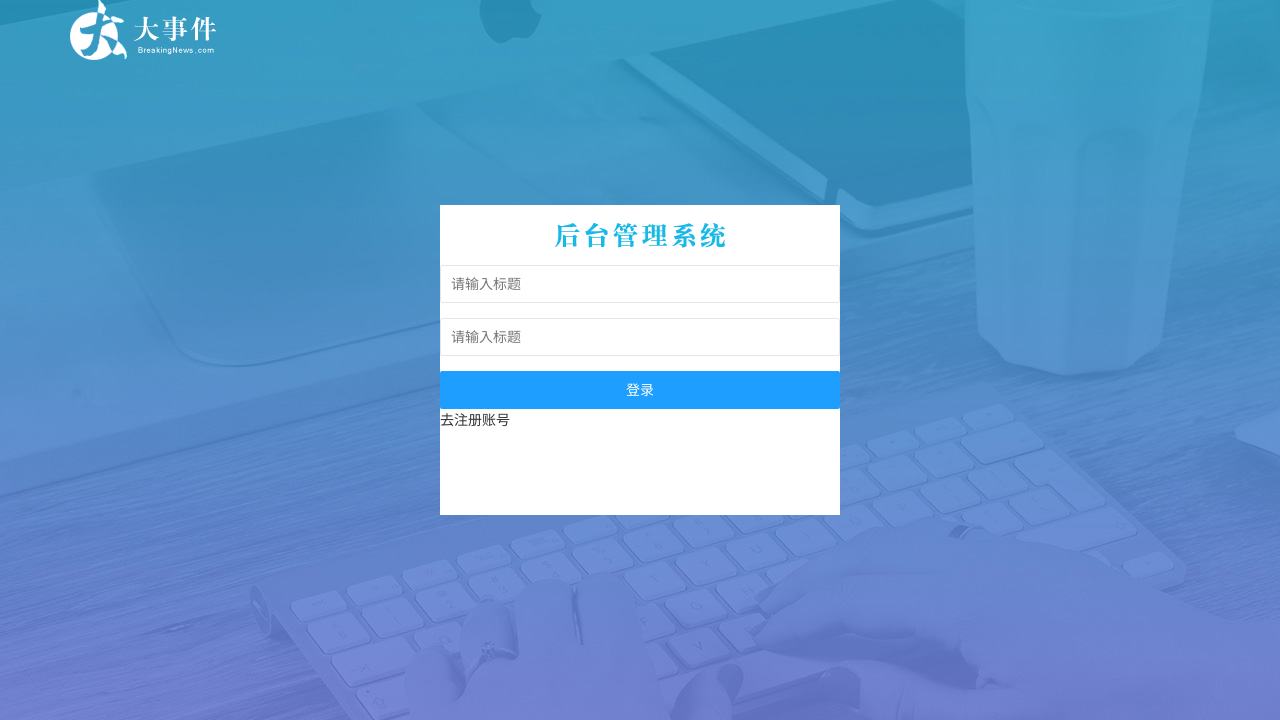
Repository: lithronmatic/web_bigbigevent
Page: login.html
These files come from the project's save history. The page is drawn as it stood at one moment and after the next save; the edit follows.
The browser window is 1280 px wide. The pictures show the whole page.

Above is the page before, as saved 2022-08-23 12:10:57.

### login.html
<!DOCTYPE html>
<html lang="en">

<head>
    <meta charset="UTF-8">
    <meta http-equiv="X-UA-Compatible" content="IE=edge">
    <meta name="viewport" content="width=device-width, initial-scale=1.0">
    <title>大事件-登录/注册</title>
    <link rel="stylesheet" href="/assets/lib/layui/css/layui.css">
    <link rel="stylesheet" href="./assets/css/login.css">
</head>

<body>
    <!-- 头部的logo区域 -->
    <div class="layui-main">
        <img src="./assets/images/logo.png" alt="">
    </div>

    <!-- 登录注册区域 -->
    <div class="loginAndRegBox">
        <div class="title-box"></div>
        <!-- 登录的div -->
        <div class="login-box">
            <!-- 登录的表单 -->
            <form class="layui-form" action="">
                <!-- 用户名 -->
                <div class="layui-form-item">
                    <input type="text" name="title" required lay-verify="required" placeholder="请输入标题"
                        autocomplete="off" class="layui-input">
                </div>
                <!-- 密码 -->
                <div class="layui-form-item">
                    <input type="text" name="title" required lay-verify="required" placeholder="请输入标题"
                        autocomplete="off" class="layui-input">
                </div>
                <!-- 登录按钮 -->
                <div>
                    <button class="layui-btn layui-btn-fluid layui-btn-normal" lay-submit>登录</button>
                </div>
            </form>
            <a href="javascript:;" id="link_reg">去注册账号</a>
        </div>
        <!-- 注册的div -->
        <div class="reg-box">
            <a href="javascript:;" id="link_login">去登录</a>
        </div>
    </div>

    <!-- 导入jq -->
    <script src="./assets/lib/jquery.js"></script>
    <!-- 导入自己的js -->
    <script src="./assets/js/login.js"></script>
</body>

</html>

### assets/css/login.css
/* html,body{
    margin:0;
    padding: 0;
    height:100%;
    width:100%;
    background: url(../images/login_bg.jpg) no-repeat center;
    background-size: cover;
}

.loginAndRegBox{
    width:400px;
    height: 310px;
    background-color: #fff;
    position:absolute;
    top:50%;
    left:50%;
    transform: translate(-50%,-50%);
}

.title-box{
    height:60px;
    background: url(../images/login_title.png) no-repeat center;
}

.reg-box{
    display: none;
}

.layui-form{
    padding: 0 30px;
}
.links{
    display: flex;
    justify-content: flex-end;
}
.links a{
    font-size: 12px;
}

.layui-form-item{
    position:relative;
}
.layui-icon{
    position: absolute;
    top:10px;
    left:10px;
}
.layui-input{
    padding-left:32px;
} */

html,body{
    padding: 0;
    margin: 0;
    width:100%;
    height:100%;
    background:url(../images/login_bg.jpg) no-repeat center;
    background-size: cover;
}
.loginAndRegBox{
    position:absolute;
    left:50%;
    top:50%;
    transform: translate(-50%,-50%);
    width:400px;
    height:310px;
    background-color: white;
}
.title-box{
    height:60px;
    background: url(../images/login_title.png) no-repeat center;
}
.reg-box{
    display: none;
}

### assets/js/login.js
// $(function(){
//     // 点击"去注册账号"的链接
//     $("#link_reg").on("click",function(){
//         $(".login-box").hide();
//         $(".reg-box").show();
//     });

//     // 点击"去登录"的链接
//     $("#link_login").on("click",function(){
//         $(".login-box").show();
//         $(".reg-box").hide();
//     })

//     // 从layui中获取form对象
//     var form = layui.form;
//     // 从layui中获取layer对象
//     var layer = layui.layer;
//     // 通过form.verify()函数自定义校验规则
//     form.verify({
//         // 自定义pwd校验规则
//         pwd: [
//             /^[\S]{6,12}$/
//             ,'密码必须6到12位，且不能出现空格'
//           ],
//         //   校验再次确认密码的规则
//         repwd:function(value,item){//value是表单的值
//             var pwd = $(".reg-box input[name=password]").val();
//             if(pwd!==value){
//                 return '两次密码不一致';
//             }
//         }
//     });

//     // 监听注册表单的提交事件
//     $("#form_reg").on("submit",function(e){
//         e.preventDefault();
//         $.post('/api/reguser',
//          {
//             username:$("#form_reg input[name=username]").val(),
//             password:$("#form_reg input[name=password]").val()
//          },
//         function(res){
//             if(res.status!=0){
//                 return layer.msg(res.message);
//             }
//             layer.msg('注册成功，请登录!');
//             // 模拟点击行为
//             $("#link_login").click();
//         })
//     })

//     // 监听登录表单的提交事件
//     $("#form_login").submit(function(e){
//         e.preventDefault();
//         // 快速获取表单中的数据
//         var data = $(this).serialize();
//         $.ajax({
//             method:'POST',
//             url:'/api/login',
//             data:data,
//             success:function(res){
//                 if(res.status!==0){
//                     return layer.msg(res.message);
//                 }
//                 layer.msg('登录成功!');
//                 // 将登录成功得到的token字符串，保存到localStorage
//                 localStorage.setItem('token',res.token);
//                 // 跳转到后台主页
//                 location.href = '/index.html'
//             }
//         })
//     })
// })

$(function(){
    // 点击去注册账号的链接
    $('#link_reg').on('click',function(){
        $('.login-box').hide();
        $('.reg-box').show();
    })
    // 点击去登录账号的链接
    $('#link_login').on('click',function(){
        $('.reg-box').hide();
        $('.login-box').show();
    })
})

Loaded but not shown: assets/lib/layui/css/layui.css (library); assets/lib/jquery.js (library)

After the next save:
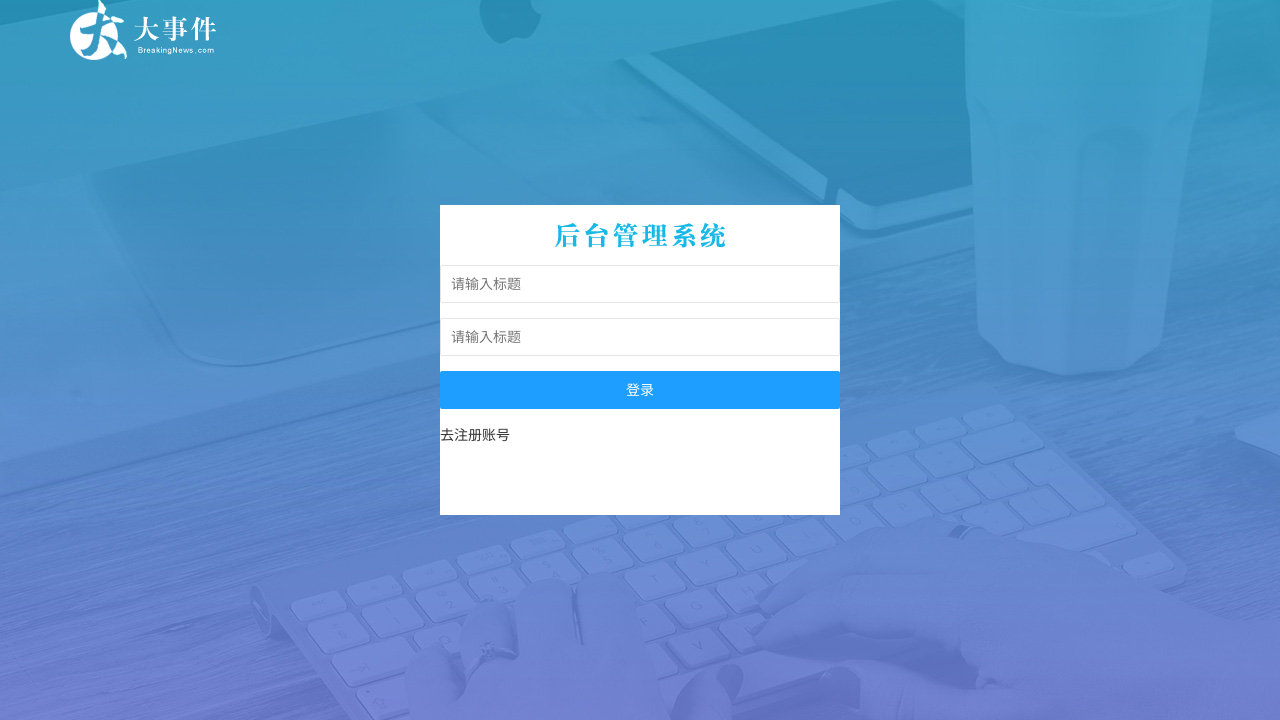
Saved 73 s later.
--- a/login.html
+++ b/login.html
@@ -34,7 +34,7 @@
                         autocomplete="off" class="layui-input">
                 </div>
                 <!-- 登录按钮 -->
-                <div>
+                <div class="layui-form-item">
                     <button class="layui-btn layui-btn-fluid layui-btn-normal" lay-submit>登录</button>
                 </div>
             </form>
